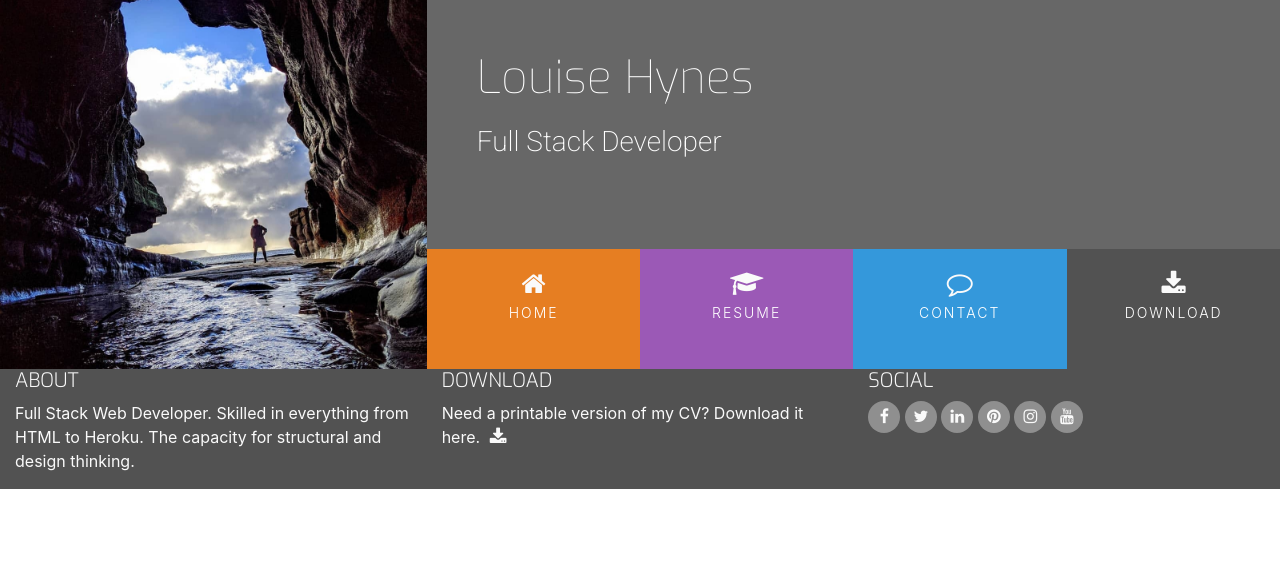
Repository: lhynes/Mini-Project-Resume
Page: index.html
The author's editor kept a record of every edit. The page is drawn from the files as they stood at one moment, then again after the next edit.
The browser window is 1280 px wide. The pictures show the whole page.

Above is the page before.

After the next edit:
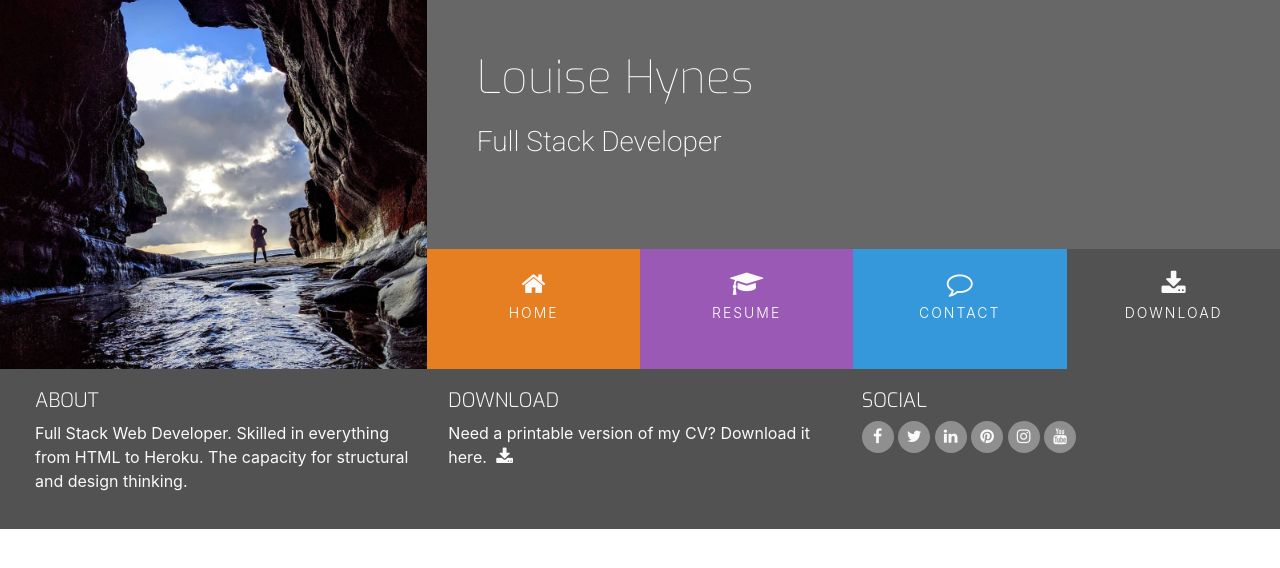
The edit:
--- a/index.html
+++ b/index.html
@@ -55,7 +55,7 @@
     </section>
     <footer class="container-fluid">
         <!--full width flexible container-->
-        <div class="row">
+        <div id="footer-details" class="row">
             <div class="col-sm-4">
                 <h5 class="uppercase general-sub">About</h5>
                 <p class="inline-block">
